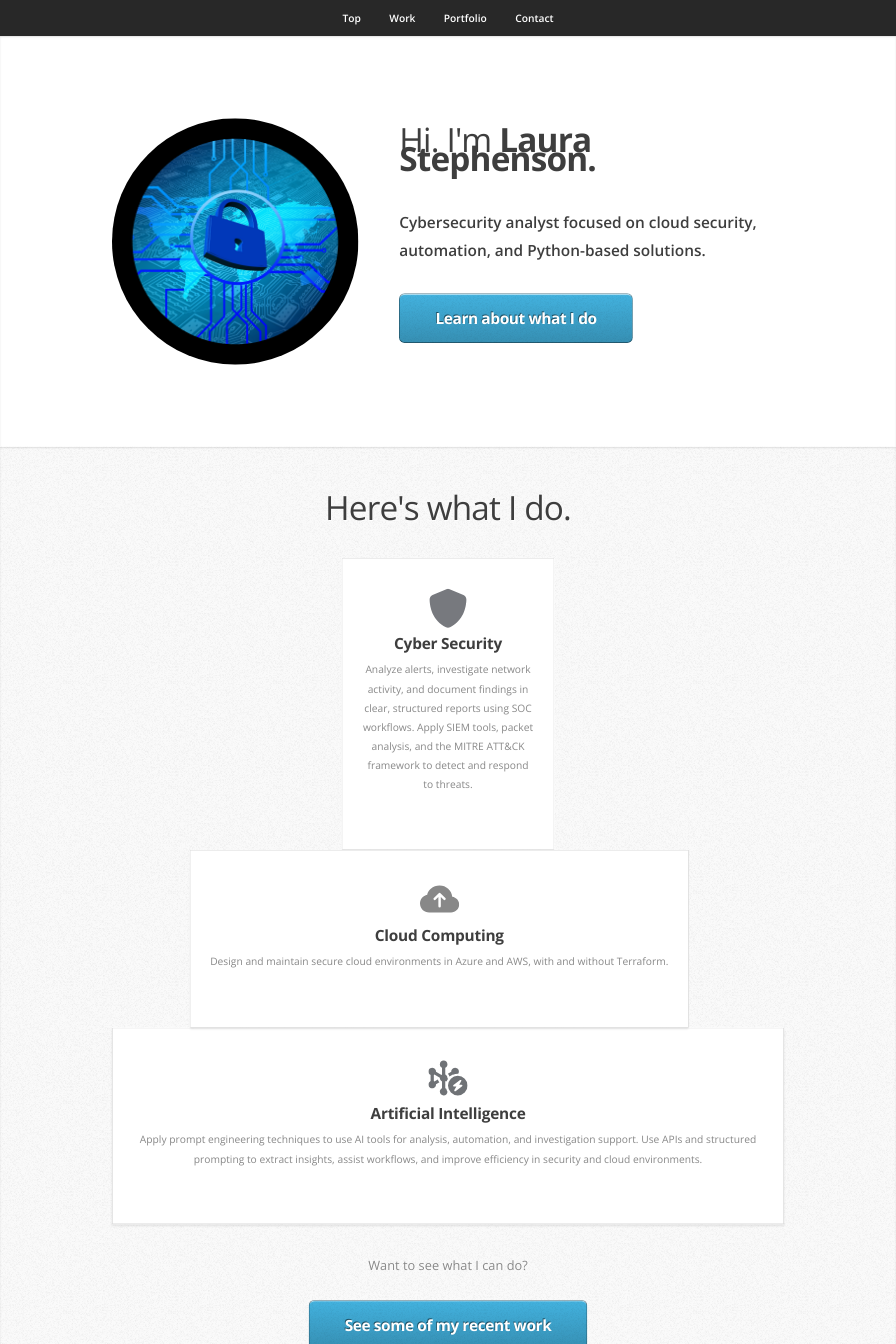
Repository: lauralstephenson/Portfolio_Personal
Page: index.html
These files come from the project's save history. The page is drawn as it stood at one moment and after a run of saves; the edit follows.
The browser window is 1280 px wide. The pictures show the part of the page from y = 0 to 1920 px (the page is 4482 px tall), at 70% of full size.

Above is the page before, as saved 2026-04-29 17:22:39.

After the next 3 saves:
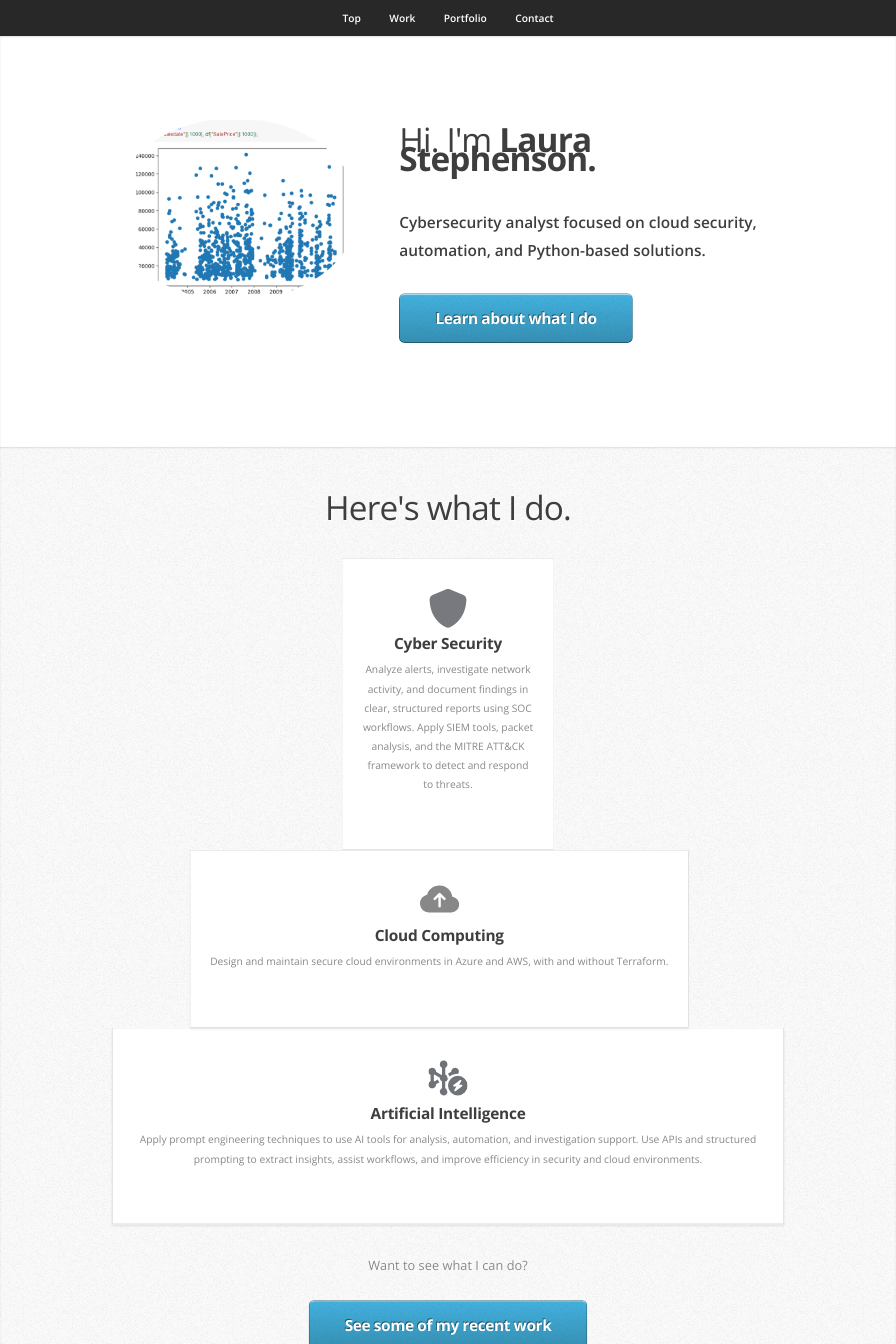
The 3 saves are shown as one change because they came seconds apart.
The last was saved 12 min 12 s later.
--- a/index.html
+++ b/index.html
@@ -31,7 +31,7 @@
 				<div class="container">
 					<div class="row">
 						<div class="col-4 col-5-large col-12-medium">
-							<span class="image fit"><img src="images\circle_cybersecurity_logo.png" alt="" /></span>
+							<span class="image fit"><img src="images/bulldozer_price_regression_project.png" alt="" /></span>
 						</div>
 						<div class="col-8 col-7-large col-12-medium">
 							<header>

After the 3 saves that followed:
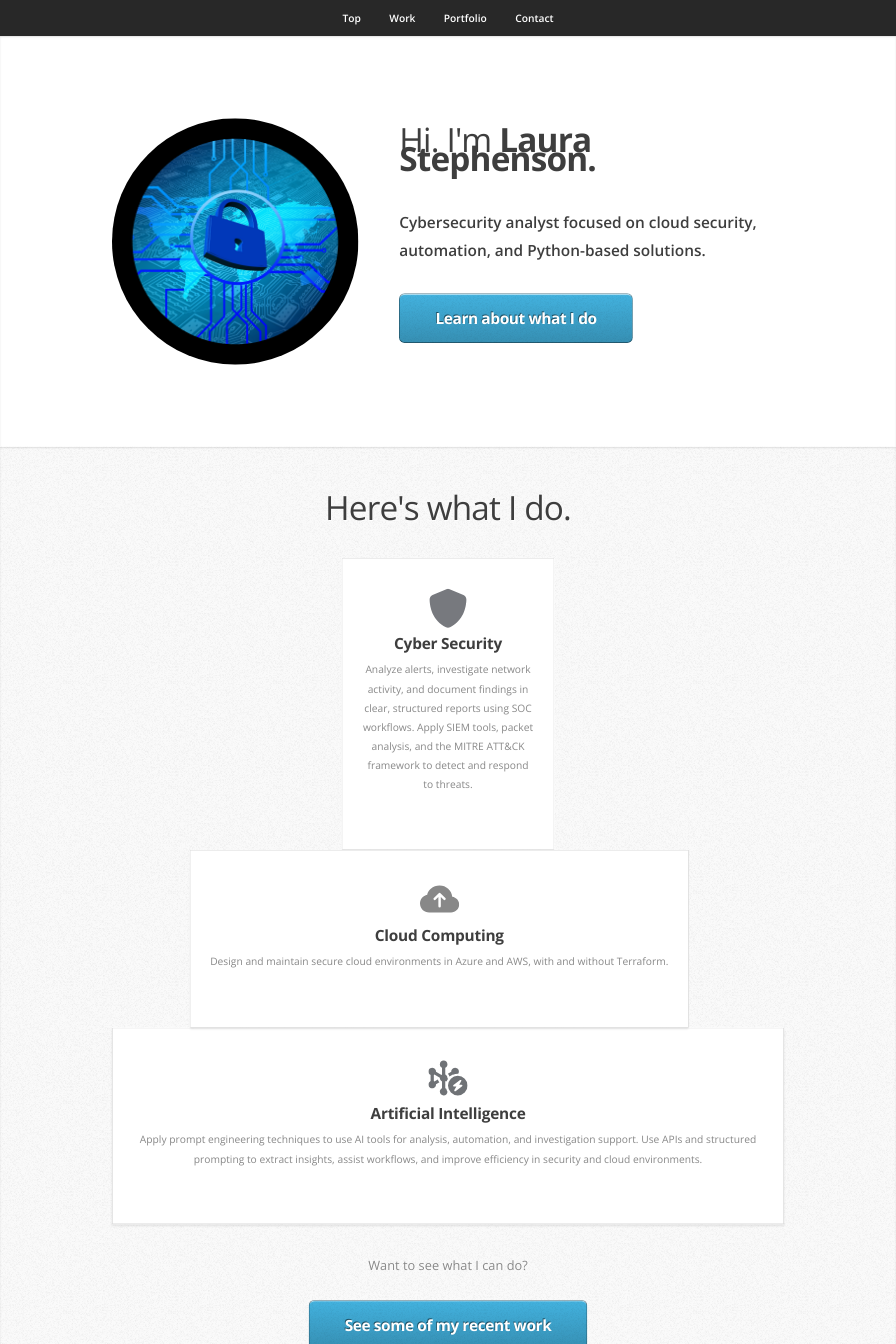
The 3 saves are shown as one change because they came seconds apart.
The last was saved 20 s later.
--- a/index.html
+++ b/index.html
@@ -31,7 +31,7 @@
 				<div class="container">
 					<div class="row">
 						<div class="col-4 col-5-large col-12-medium">
-							<span class="image fit"><img src="images/bulldozer_price_regression_project.png" alt="" /></span>
+							<span class="image fit"><img src="images/circle_cybersecurity_logo.png" alt="" /></span>
 						</div>
 						<div class="col-8 col-7-large col-12-medium">
 							<header>
